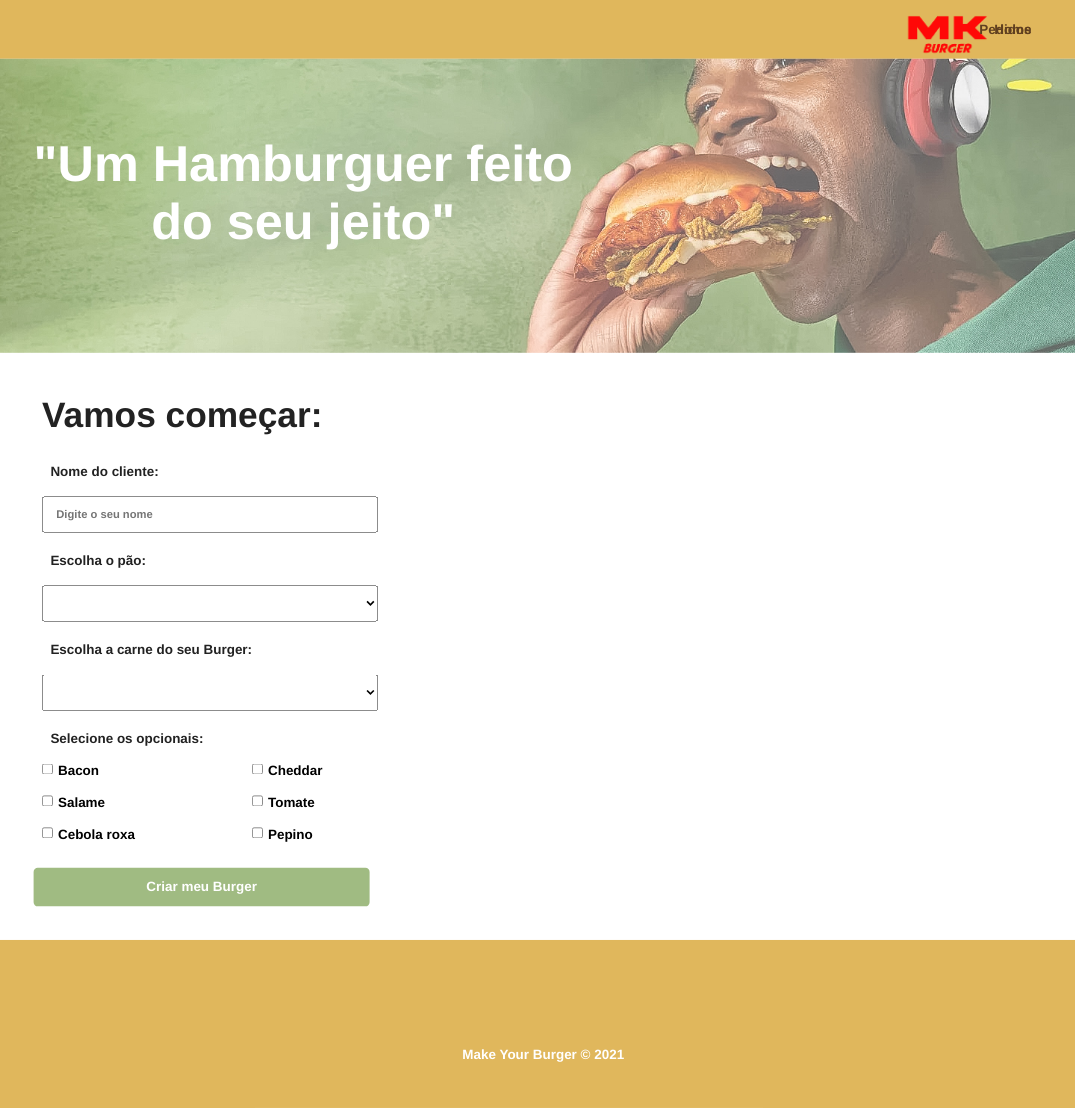
Repository: MarcoantonioCaldeira/Sistema-para-Hamburgueria
Page: /
These files come from the project's save history. The page is drawn as it stood at one moment and after the next save; the edit follows.
The browser window is 1280 px wide. The pictures show the whole page, at 84% of full size.
The project was rebuilt for these pictures with package versions that can differ from the ones it lists, and the page was loaded fresh each time. Requests to the local data server were answered from the project's data file. Also part of the build but not shown: vue.config.js.

Above is the page before, as saved 2022-11-02 22:30:07.

### src/App.vue
<template>
  <div>
    <Navbar :logo="logo_src" :alt="app_name"/>
    <div>
      <router-view></router-view>
    </div>
    <Footer />
  </div>
</template>

<script>
 import Navbar from './components/Navbar.vue';
 import Footer from './components/Footer.vue';

export default {
  data: function() {
    return{
      logo_src: "/img/logo.png",
      app_name: "Make Your Burger"
    }
  },
  components: {
    Navbar,
    Footer
  }
}
</script>

<style>
  * {
    font-family: Helvetica;
    font-weight: bold;
    padding: 0;
    margin: 0;
    box-sizing: border-box;
  }
  .main-container {
    margin: 50px;
    min-height: 250px;
  }
  h1 {
    font-size: 42px;
    margin-bottom: 30px;
    color: #222;
  }
</style>

### src/router/index.js
import { createRouter, createWebHistory } from 'vue-router'
import HomeView from '../views/Home.vue'

const routes = [
  {
    path: '/',
    name: 'home',
    component: HomeView
  },
  {
    path: '/pedidos',
    name: 'Pedidos',
    component: () => import(/* webpackChunkName: "pedidos" */ '../views/Pedidos.vue')
  }
]

const router = createRouter({
  history: createWebHistory(process.env.BASE_URL),
  routes
})

export default router

### src/components/Navbar.vue
<template>
    <div id="nav">
        <router-link to="/" id="logo-url">
            <img :src="logo" :alt="alt" id="logo">
        </router-link>
        <router-link to="/">Home</router-link>
        <router-link to="/pedidos">Pedidos</router-link>
    </div>
</template>

    <script>
    export default {
     name: 'Navbar',
     props: ["logo", "alt"]
    }
    </script>

    <style>
    #nav{
        background-color: rgb(224, 183, 92);
        height:70px;
        padding: 15px 40px;
        display: flex;
        justify-content: flex-end;
        align-items: center;
      }

      #nav{
        margin: auto;
        margin-left: 0;
      }

      #logo{
        margin-left:-50%;
        width: 100px;
        height: 100px;
      }

      #nav a{
        color: #604020;
        font-siza: 160px;
        text-decoration:none;
        margin:12px;
        transition: .5s;
      }

      #nav a:hover{
        color:#fff;
      }
    </style>

### src/components/Footer/Footer.vue
<template>
    <div id="footer">
      <p>Make Your Burger &copy; 2021</p>
      <div id="Footer-info">
        <a>Quem somos</a>
        <a>Nossos Termos</a>
        <a>Entre em contato conosco</a>
      </div>
    </div>
  </template>

  <script>
  export default {
    name: "Footer"
  }
  </script>

  <style src="./style.scss"  lang="scss">

  </style>

### src/views/Home.vue
<template>
  <Banner />
  <div class="main-container">
    <h1>Vamos começar:</h1>
    <BurgerForm />
  </div>
</template>

<script>
import Banner from "../components/Banner.vue"
import BurgerForm from "../components/BurgerForm.vue"

export default{
  name: "Home",
  components: {
    Banner,
    BurgerForm
  }
}
</script>

### src/components/Footer/style.scss

p{
    position:absolute;
    margin-left: 43%;
    margin-top: 10%;
    display: inline;
  }

  a{
    position: absolute;
    margin-top: 10%;
    margin: 0 10px;
  }

  #Footer-info{
    height: 40px;
    margin-left: -53%;
  }

  #footer {
    height: 200px;
    background-color: rgb(224, 183, 92);
    color: #ffffff;
    bottom: 0;
    width: 100%;
  }

### src/components/Banner.vue
<template>
   <div id="main-banner">
    <h1>"Um Hamburguer feito <br> do seu jeito"</h1>
   </div>
</template>
<script>

export default{
    name: 'Banner'
}

</script>
<style>

#main-banner{
    background-image: url('/public/img/burger.jpg');
    background-position: 0 -250px;
    background-size: cover;
    height: 350px;
    display: flex;
    align-items: center;
    justify-content: flex-start;
}

#main-banner h1{
    color: #fff;
    text-align: center;
    font-size: 60px;
    padding: 20px 40px;
}
</style>

### src/components/BurgerForm.vue
<template>
    <Message :msg="msg" v-show="msg" />
    <div>
      <form id="burger-form" method="POST" @submit="createBurger">
        <div class="input-container">
          <label for="nome">Nome do cliente:</label>
          <input type="text" id="nome" name="nome" v-model="nome" placeholder="Digite o seu nome" required>
        </div>
        <div class="input-container">
          <label for="pao">Escolha o pão:</label>
          <select name="pao" id="pao" v-model="pao">
            <option value="">Selecione o seu pão</option>
            <option v-for="pao in paes" :key="pao.id" value="pao.tipo">{{ pao.tipo }}</option>
          </select>
        </div>
        <div class="input-container">
          <label for="carne">Escolha a carne do seu Burger:</label>
          <select name="carne" id="carne" v-model="carne">
            <option value="">Selecione o tipo de carne</option>
            <option v-for="carne in carnes" :key="carne.id" value="carne.tipo">{{ carne.tipo }}</option>
          </select>
        </div>
        <div id="opcionais-container" class="input-container">
          <label id="opcionais-title" for="opcionais">Selecione os opcionais:</label>
          <div class="checkbox-container" v-for="opcional in opcionaisdata" :key="opcional.id">
            <input type="checkbox" name="opcionais" v-model="opcionais" :value="opcional.tipo">
            <span>{{ opcional.tipo }}</span>
          </div>
        </div>
        <div class="input-container">
          <input class="submit-btn" type="submit" value="Criar meu Burger">
        </div>
      </form>
    </div>
  </template>

  <script>
  import Message from './Message'
  export default {
    name: "BurgerForm",
    data() {
      return {
        paes: null,
        carnes: null,
        opcionaisdata: null,
        nome: null,
        pao: null,
        carne: null,
        opcionais: [],
        status: "Solicitado",
        msg: null
      }
    },
    methods: {
      async getIngredientes() {
        const req = await fetch('http://localhost:3000/ingredientes');
        const data = await req.json();

        this.paes = data.paes;
        this.carnes = data.carnes;
        this.opcionaisdata = data.opcionais;
      },
      async createBurger(e) {

        e.preventDefault();

        const data = {
          nome: this.nome,
          carne: this.carne,
          pao: this.pao,
          opcionais: Array.from(this.opcionais),
          status: "Solicitado"
        }

        const dataJson = JSON.stringify(data);

        const req = await fetch('http://localhost:3000/burgers', {
          method: "POST",
          headers: { "Content-Type" : "application/json" },
          body: dataJson
        });
        const res = await req.json()
        console.log(res)
        this.msg = "Pedido realizado com sucesso!"
        // clear message
        setTimeout(() => this.msg = "", 3000)
        // limpar campos
        this.nome = ""
        this.carne = ""
        this.pao = ""
        this.opcionais = []

      }
    },
    mounted () {
      this.getIngredientes()
    },
    components: {
      Message
    }
  }
  </script>

  <style scoped>
  #burger-form {
    max-width: 500px;
  }
  .input-container {
    display: flex;
    flex-direction: column;
    margin-bottom: 20px;
  }
  label {
    font-weight: bold;
    margin-bottom: 15px;
    color: #222;;
    padding: 5px 10px;
  }
  input, select {
    padding: 12px 15px;
    width: 400px;
  }
  #opcionais-container {
    flex-direction: row;
    flex-wrap: wrap;
  }
  #opcionais-title {
    width: 100%;
  }
  .checkbox-container {
    display: flex;
    align-items: flex-start;
    width: 50%;
    margin-bottom: 20px;
  }
  .checkbox-container span,
  .checkbox-container input {
    width: auto;
  }
  .checkbox-container span {
    margin-left: 6px;
    font-weight: bold;
  }
  .submit-btn {
    background-color:#a0bb82;
    border-radius: 5px;
    color:white;
    font-weight: bold;
    border: 2px solid #a0bb82;
    padding: 15 15px;
    font-size: 16px;
    margin: -2%;
    cursor: pointer;
    transition: .5s;
  }
  .submit-btn:hover {
    background-color: transparent;
    color: #222;
  }
</style>

### src/components/Message.vue
<template>
    <div class="message-container">
        <p>{{ msg }}</p>
    </div>
</template>

<script>
export default {
    name: "Message",
    props: {
        msg: String
    }
}
</script>

<style>

.message-container{
    color: #004085;
    background-color: #deeeff;
    border: 2px solid #deeeff;
    border-radius: 5px;
    padding: 10px;
    max-width: 400px;
    margin: 30px auto;
}
</style>

### db/db.json
{
  "ingredientes": {
    "paes": [
      {
        "id": 1,
        "tipo": "Italiano Branco"
      },
      {
        "id": 2,
        "tipo": "3 Queijos"
      },
      {
        "id": 3,
        "tipo": "Parmesão e Orégano"
      },
      {
        "id": 4,
        "tipo": "Integral"
      }
    ],
    "carnes": [
      {
        "id": 1,
        "tipo": "Maminha"
      },
      {
        "id": 2,
        "tipo": "Alcatra"
      },
      {
        "id": 3,
        "tipo": "Picanha"
      },
      {
        "id": 4,
        "tipo": "Veggie burger"
      }
    ],
    "molhos-opcionais": [
      {
        "id": 1,
        "tipo": "Tomate"
      },
      {
        "id": 2,
        "tipo": "Creme de Alho"
      },
      {
        "id": 3,
        "tipo": "Vinagre com tomate"
      },
      {
        "id": 4,
        "tipo": "Pimenta mexicana"
      }
    ],
    "opcionais": [
      {
        "id": 1,
        "tipo": "Bacon"
      },
      {
        "id": 2,
        "tipo": "Cheddar"
      },
      {
        "id": 3,
        "tipo": "Salame"
      },
      {
        "id": 4,
        "tipo": "Tomate"
      },
      {
        "id": 4,
        "tipo": "Cebola roxa"
      },
      {
        "id": 4,
        "tipo": "Pepino"
      }
    ]
  },
  "status": [
    {
      "id": 1,
      "tipo": "Solicitado"
    },
    {
      "id": 2,
      "tipo": "Em produção"
    },
    {
      "id": 3,
      "tipo": "Finalizado"
    }
  ],
  "burgers": [
    {
      "nome": "Marco ",
      "carne": "carne.tipo",
      "pao": "pao.tipo",
      "opcionais": [
        "Tomate",
        "Bacon",
        "Salame"
      ],
      "status": "Solicitado",
      "id": 1
    }
  ]
}

Loaded but not shown: public/index.html (common file); src/main.js (common file)

After the next save:
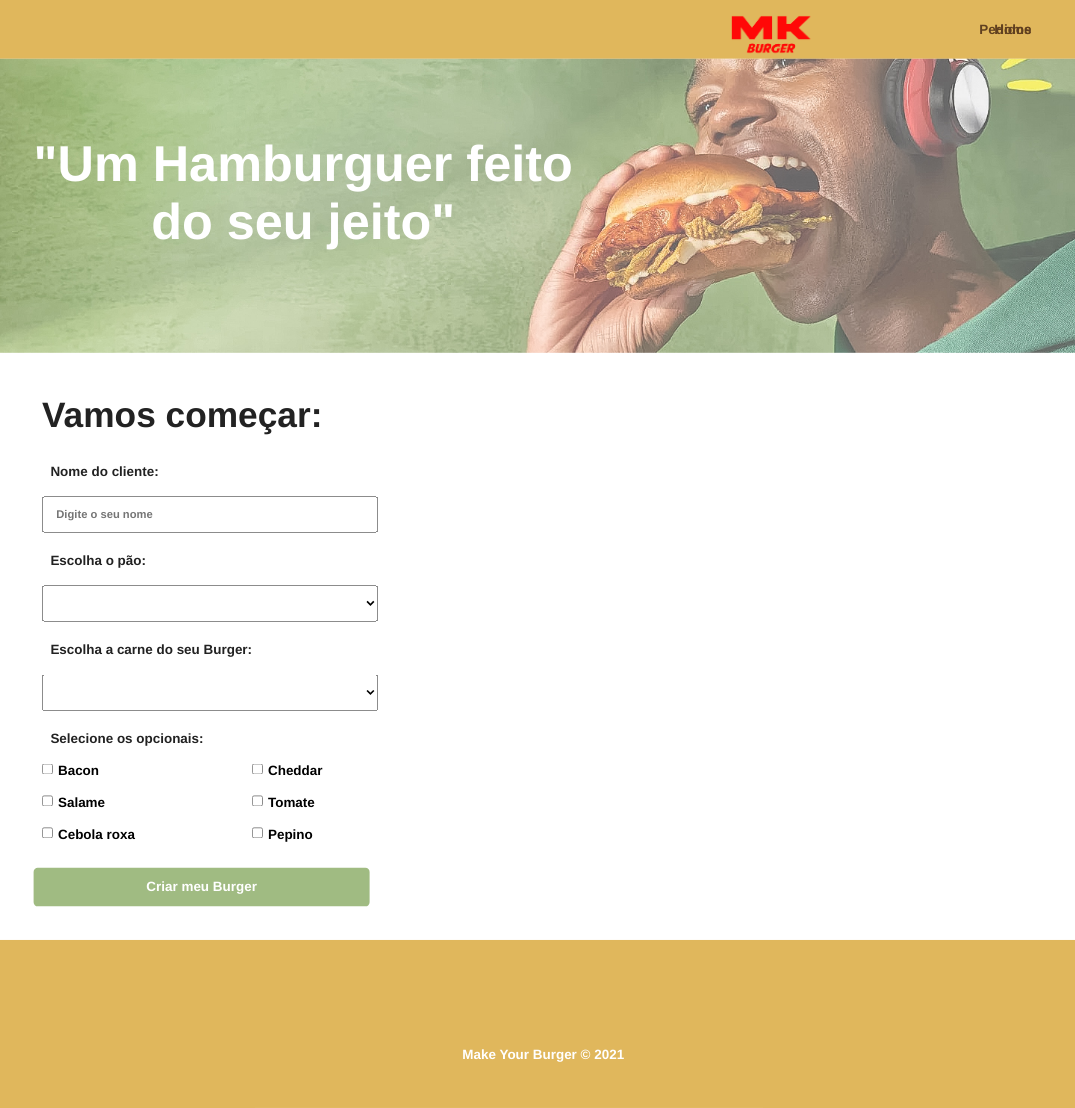
Saved 6 s later.
--- a/src/components/Navbar.vue
+++ b/src/components/Navbar.vue
@@ -31,7 +31,7 @@
       }
 
       #logo{
-        margin-left:-50%;
+        margin-left:-50vh;
         width: 100px;
         height: 100px;
       }
